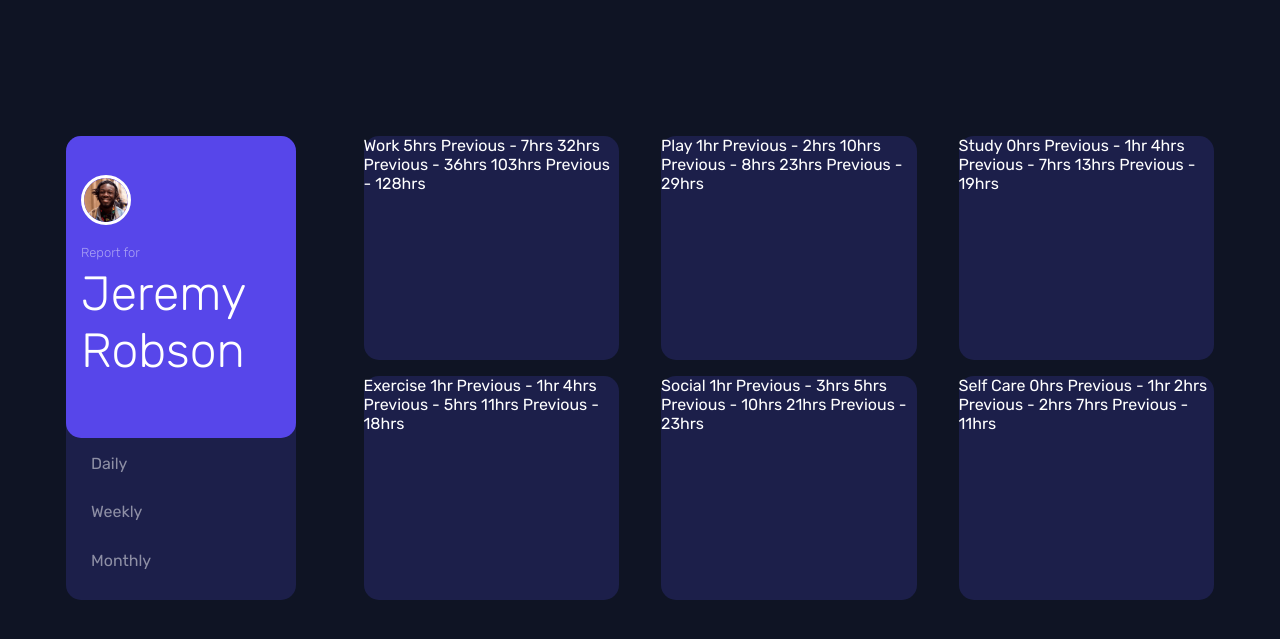
Repository: 3mr-5aled/time-tracking-dashboard-Junior
Page: index.html
An editor plug-in stored every save of this project. The page is shown before and after the next save, followed by the edit.
The browser window is 1280 px wide. The pictures show the whole page.

Above is the page before, as saved 2022-12-27 19:23:50.

After the next save:
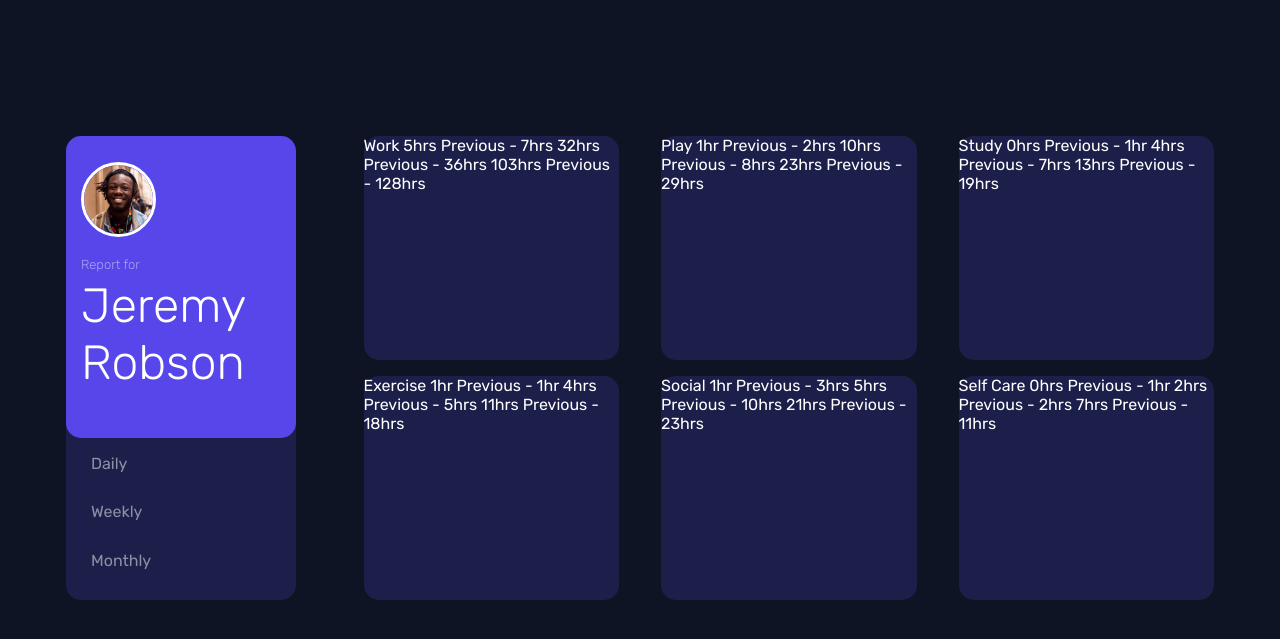
Saved 7 s later.
--- a/style.css
+++ b/style.css
@@ -158,8 +158,8 @@ img {
     max-width: calc(100vh / 4 + 50px);
   }
   img {
-    width: 50px;
-    height: 50px;
+    width: 75px;
+    height: 75px;
   }
   .userData {
     flex-direction: column;
